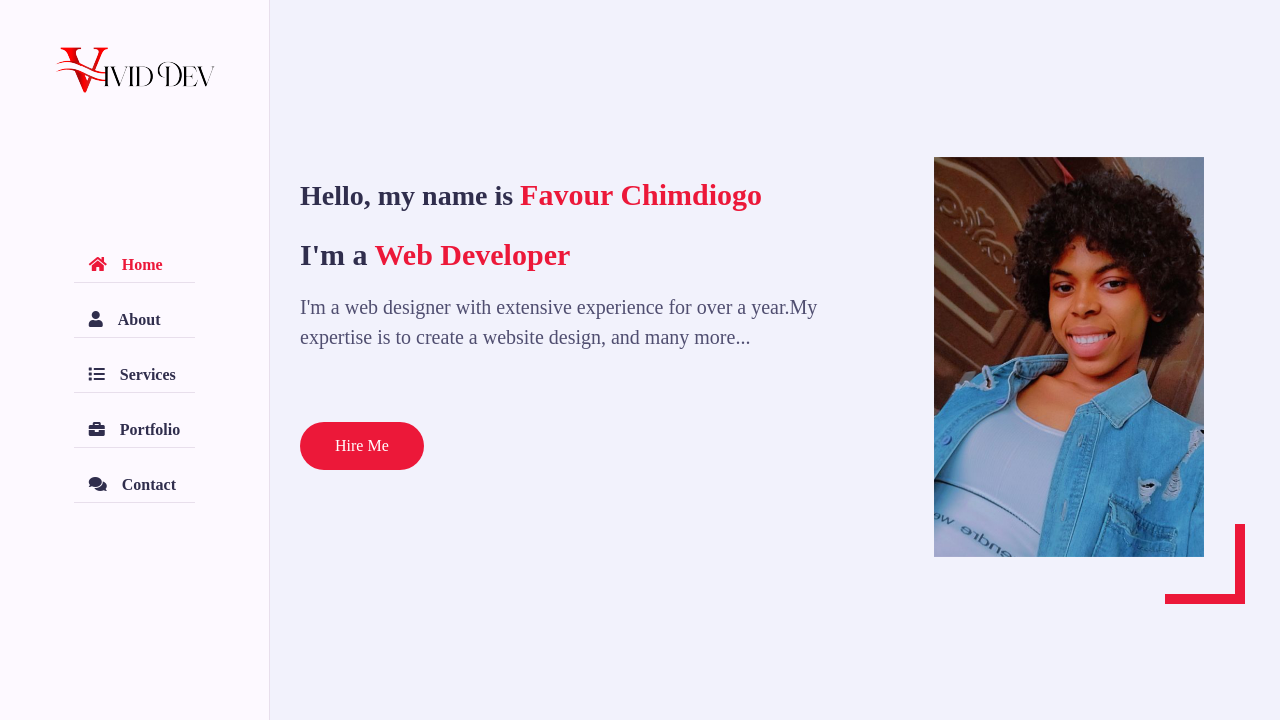
Repository: Big-Fave1/vivid-dev-portfolio
Page: build/index.html
The author's editor kept a copy of each file at every save. The page is drawn from the files as they stood at one save, then again after the next save.
The browser window is 1280 px wide. The pictures show the whole page.
Some web fonts or font styles are not loaded; a fallback is used.

Above is the page before, as saved 2025-05-30 12:33:15.

### build/index.html
<!DOCTYPE html>
<html lang="en">
<head>
    <meta charset="UTF-8">
    <meta name="viewport" content="width=device-width, initial-scale=1.0">
    <title>Vivid Dev Portfolio</title>
    <link rel="stylesheet" href="css/style.css">
    <link rel="stylesheet" href="css/color-1.css">
    <link rel="stylesheet" href="https://cdnjs.cloudflare.com/ajax/libs/font-awesome/5.15.4/css/all.min.css">
</head>
<body>
    <!--- ==== main container Start==== -->
    <div class="main-container"></div>
    <!--- ==== Aside Start === -->
    <div class="aside">
        <div class="logo">
        <a href="#"><img src="img/vivid 3.png" alt=""></a>
        </div>
        <div class="nav-toggler">
            <i class="fa fa-bars" aria-hidden="true"></i>
        </div>
        <ul class="nav">
            <li><a href="#" class="active"><i class="fa fa-home"></i>Home</a></li>
            <li><a href="#"><i class="fa fa-user"></i>About</a></li>
            <li><a href="#"><i class="fa fa-list"></i>Services</a></li>
            <li><a href="#"><i class="fa fa-briefcase"></i>Portfolio</a></li>
            <li><a href="#"><i class="fa fa-comments"></i>Contact</a></li>
        </ul>
    </div>
    <!--- ==== Aside End === -->
    <!--- ==== Main content Start === -->
    <div class="main-content">
        <!--- === Home Section Start === -->
        <section class="home section">
            <div class="container">
                <div class="row">
                    <div class="home-info padd-15">
                        <h3 class="hello">Hello, my name is <span class="name">Favour Chimdiogo</span></h3>
                        <h3 class="my-profession">I'm a <Span class="typing">Web Developer</Span></h3>
                        <p>I'm a web designer with extensive experience for over a year.My expertise is to create a website design, and many more...</p>
                    <a href="#contact" class="btn hire-me">Hire Me</a>
                    </div>
                    <div class="home-img padd-15">
                        <img src="img/home image.jpg" alt="">
                    </div>
                </div>
            </div>
        </section>
        <!--- === Home Section End === -->
    </div>
    <!--- ==== Main content End === -->
    <!--- ====main container End === -->
</body>
</html>

### build/css/style.css

@import url('https://fonts.googleapis.com/css2?family=Clicker+Script&family=Poppins:ital,wght@0,100;0,200;0,300;0,400;0,500;0,600;0,700;0,800;0,900;1,100;1,200;1,300;1,400;1,500;1,600;1,700;1,800;1,900&display=swap');


:root
{
    --bg-black-900:#f2f2fc;
    --bg-black-100:#fdf9ff;
    --bg-black-50:#e8dfec;
    --text-black-900:#302e4d;
    --text-black-700:#504e70;

}

body
{
    line-height:1.5;
    font-size:16px;
    font-family: 'Poppins'sans-serif;
}

*
{
    margin: 0;
    padding: 0;
    outline:none;
    text-decoration:none;
    text-decoration:none;
    box-sizing: border-box;
}
::before, ::after
{
    box-sizing:border-box;
}
ul
{
    list-style: none;
}
.section
{
    background:var(--bg-black-900);
    min-height: 100vh;
    display: block;
    position: fixed;
    padding: 0 30px;
    left: 270px;
    top: 0;
    right: 0;
    z-index: 0;
    opacity: 1;
}
.padd-15
{
    padding-left: 15px;
    padding-right: 15px;
}
.container{
    max-width: 1100px;
    width: 100%;
    margin: auto;
}
.row
{
    display: flex;
    flex-wrap: wrap;
    margin-left: -15px;
    margin-right: -15px;
    position: relative;
}
.btn
{
    font-size: 16px;
    font-weight: 500;
    padding: 12px 35px;
    background: var(--skin-color);
    color: white;
    border: none;
    display: inline-block;
    white-space: nowrap;
    transition: all 0.3s ease;
    border-radius:40px;
}
.btn:hover
{
    transform: scale(1.05);
}
/* aside */
.aside
{
width: 270px;
background:var(--bg-black-100);
position: fixed;
left: 0;
top: 0;
padding: 30px;
height: 100%;
border-right:1px solid var(--bg-black-50);
z-index: 10;
display: flex;
justify-content: center;
align-items: center;
}
.aside .logo
{
    position: absolute;
    top: -30px;
    ;
}
.aside .logo a
{
    color: var(--bg-black-900);
    font-weight: 700;
    padding: 15px 20px;
    font-size: 30px;
    position: relative;
}
/*.aside .logo a span
.aside .logo a:before
{
    content:'';
    position: absolute;
    width: 20px;
    height: 20px;
    border-bottom: 5px solid var(--skin-color);
    border-left: 5px solid var(--skin-color);
    bottom: 0;
    left: 0;

}
.aside .logo a:after
{
    content:'';
    position: absolute;
    width: 20px;
    height: 20px;
    border-top: 5px solid var(--skin-color);
    border-right: 5px solid var(--skin-color);
    top: 0;
    right: 0;

}
    */
.aside .nav-toggler
{
    height: 40px;
    width: 45px;
    border: 1px solid var(--bg-black-50);
    cursor: pointer;
    position: fixed;
    left: 300px;
    top: 20px;
    color: var(--skin-color);
    border-radius: 5px;
    background:var(--bg-black-100);
    display: none;
    align-items:center;
    justify-content: center;
}
.aside .nav
{
    margin-top: 50px;
}
.aside .nav li
{
    margin-bottom: 20px;
    display: block;
}
.aside .nav li a
{
    font-size: 16px;
    font-weight: 600;
    display: block;
    border-bottom:1px solid var(--bg-black-50);
    color:var(--text-black-900);
    padding: 5px 15px;
}
.aside .nav li a.active
{
    color:var(--skin-color);
}
.aside .nav li a i
{
    margin-right: 15px;

}
/* home*/
.home
{
    min-height: 100vh;
    display: flex;
    color: var(--text-black-900);

}
.home-info
{
    flex: 0 60%;
    max-width: 60%;
}
h3.hello
{
    font-size: 28px;
    margin: 15PX 0;
}
h3.hello span
{
    font-family: 'clicker script', cursive;
    font-size: 30px;
    font-weight: 700;
    color:var(--skin-color);
}
h3.my-profession
{
    font-size:30px;
    margin: 15px 0;
}
.typing
{
    color: var(--skin-color);
}
.home-info p
{
    margin-bottom: 70px;
    font-size: 20px;
    color: var(--text-black-700);
}
.home .home-img
{
    flex: 0 0 40%;
    max-width: 40%;
    text-align: center;
    position: relative;
}
.home-img::after
{
    content: '';
    position: absolute;
    height: 80px;
    width: 80px;
    right: 20px;
    bottom: -40px;
    border-bottom: 10px solid var(--skin-color);
    border-right: 10px solid var(--skin-color);
}
.home .home-img img
{
    height: 400px;

}

### build/css/color-1.css

:root
{
    --skin-color:#ec1839;
}

After the next save:
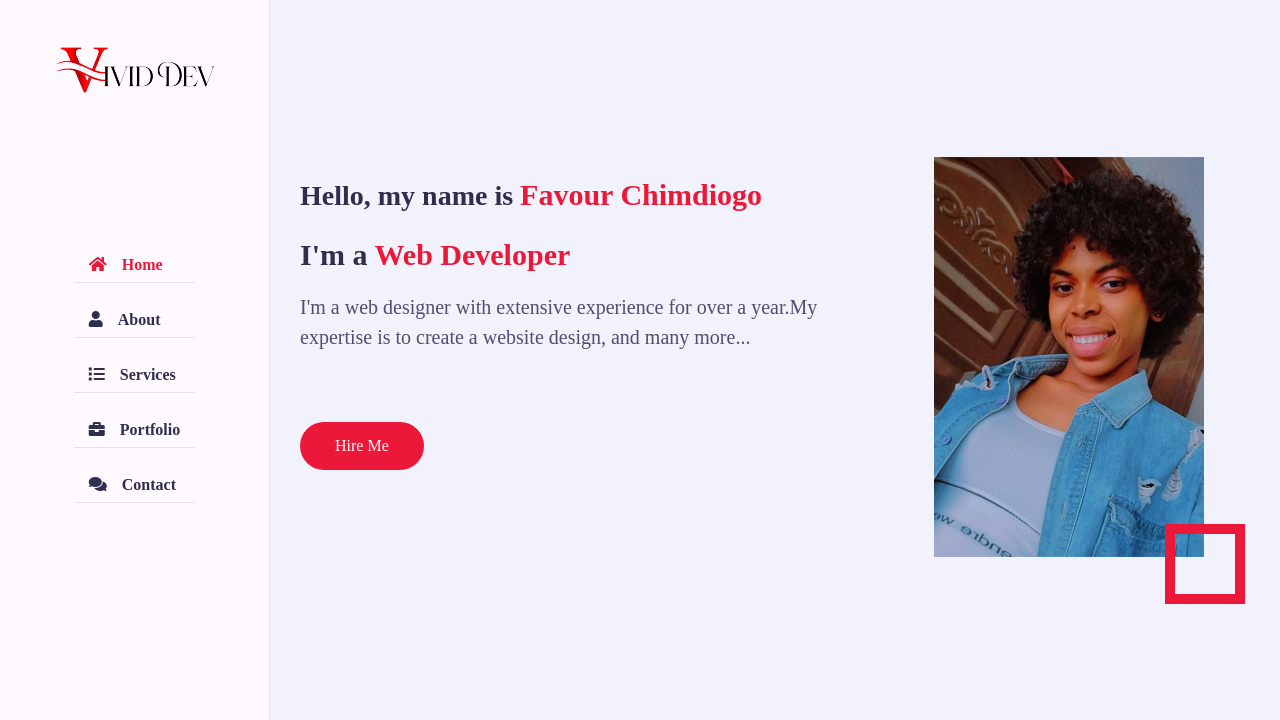
Saved 2 min 31 s later.
--- a/build/css/style.css
+++ b/build/css/style.css
@@ -241,6 +241,17 @@
     border-bottom: 10px solid var(--skin-color);
     border-right: 10px solid var(--skin-color);
 }
+.home-img::before
+{
+    content: '';
+    position: absolute;
+    height: 80px;
+    width: 80px;
+    right: 20px;
+    bottom: -40px;
+    border-top: 10px solid var(--skin-color);
+    border-left: 10px solid var(--skin-color);
+}
 .home .home-img img
 {
     height: 400px;

After the save that followed:
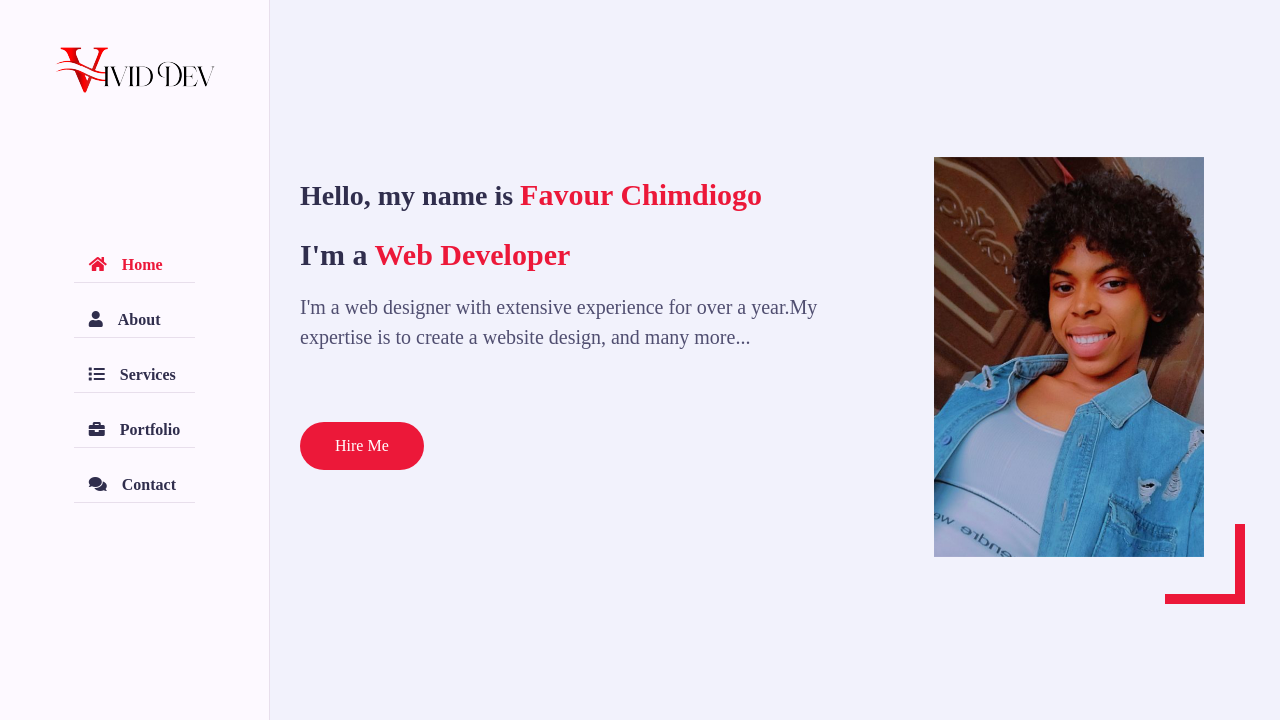
Saved 108 s later.
--- a/build/css/style.css
+++ b/build/css/style.css
@@ -241,7 +241,7 @@
     border-bottom: 10px solid var(--skin-color);
     border-right: 10px solid var(--skin-color);
 }
-.home-img::before
+/* .home-img::before
 {
     content: '';
     position: absolute;
@@ -251,7 +251,7 @@
     bottom: -40px;
     border-top: 10px solid var(--skin-color);
     border-left: 10px solid var(--skin-color);
-}
+}*/
 .home .home-img img
 {
     height: 400px;
